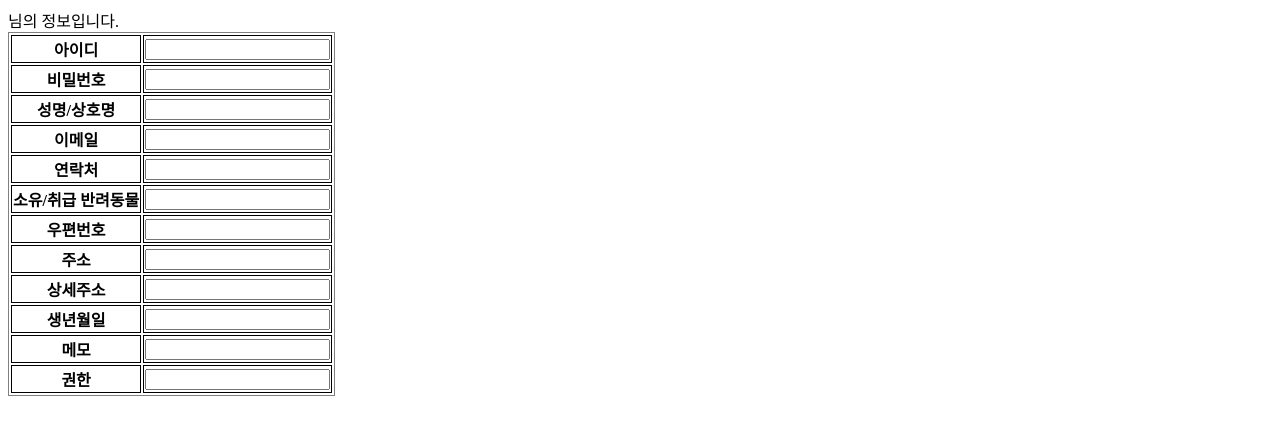
Repository: sondaeu/daeun
Page: http://localhost/Petopia/WEB-INF/views/admin/memberUpdate.jsp
The author's editor kept a copy of each file at every save. The page is drawn from the files as they stood at one save, then again after the next save.
The browser window is 1280 px wide. The pictures show the whole page.
The page is served by Tomcat 9. Nobody is signed in. Other server files are loaded and not shown. The template is opened directly, without the code that normally fills it, so the values that code supplies are empty.

Above is the page before, as saved 2021-02-22 17:20:21.

### WEB_CODES/Petopia/src/main/webapp/WEB-INF/views/admin/memberUpdate.jsp
<%@ page language="java" contentType="text/html; charset=UTF-8"
	pageEncoding="UTF-8"%>
<%@ taglib prefix="c" uri="http://java.sun.com/jsp/jstl/core"%>
<%@ taglib prefix="fmt" uri="http://java.sun.com/jsp/jstl/fmt"%>
<!DOCTYPE html>
<html>
<head>
<style type="text/css">
table, th, td {
  border-style : solid;
  border-width : 1px;
  text-align : center;
}

ul {
  list-style-type: none;
}

li {
  display: inline-block;
}
</style>
<script src="https://code.jquery.com/jquery-3.4.1.min.js"></script>
<meta charset="UTF-8">
<title>회원관리 수정</title>
</head>
<body>
	<div class="container">
		<strong>${memberVO.id }</strong>님의 정보입니다.<br>
		<table class="tbl_model" style="text-align: center;">
			<tbody>
				<tr>
					<th>아이디</th>
					<td><input type="text" id="id" name="id" value="${memberVO.id}" />
				</tr>
				<tr>
					<th>비밀번호</th>
					<td><input type="text" id="password" name="password" value="${memberVO.password}" />
				</tr>
				<tr>
					<th>성명/상호명</th>
					<td><input type="text" id="name" name="name" value="${memberVO.name}" />
				</tr>
				<tr>
					<th>이메일</th>
					<td><input type="text" id="email" name="email" value="${memberVO.email}" />
				</tr>
				<tr>
					<th>연락처</th>
					<td><input type="text" id="contact" name="contact" value="${memberVO.contact}" />
				</tr>
				<tr>
					<th>소유/취급 반려동물</th>
					<td><input type="text" id="animals" name="animals" value="${memberVO.animals}" />
				</tr>
				<tr>
					<th>우편번호</th>
					<td><input type="text" id="zipcode" name="zipcode" value="${memberVO.zipcode}" readonly />
				</tr>
				<tr>
					<th>주소</th>
					<td><input type="text" id="address" name="address" value="${memberVO.address}" readonly />
				</tr>
				<tr>
					<th>상세주소</th>
					<td><input type="text" id="detailaddress" name="detailaddress" value="${memberVO.detailaddress}" readonly />
				</tr>
				<tr>
					<th>생년월일</th>
					<td><input type="text" id="birthday" name="birthday" value="${memberVO.birthday}" />
				</tr>
				<tr>
					<th>메모</th>
					<td><input type="text" id="note" name="note" value="${memberVO.note}" />
				</tr>
				<tr>
					<th>권한</th>
					<td><input type="text" id="authority" name="authority" value="${memberVO.authority}" />
				</tr>
			</tbody>
		</table>
	</div>

	<script type="text/javascript">
		function display(a, b) {
			var con = document.getElementById(a)
			var con2 = document.getElementById(b)
			if (con.style.display == 'none') {
				con.style.display = 'block';
			} else {
				con.style.display = 'none';
			}

			if (con2.style.display == 'none') {
				con2.style.display = 'block';
			} else {
				con2.style.display = 'none';
			}
		}
	</script>
</body>
</html>

After the next save:
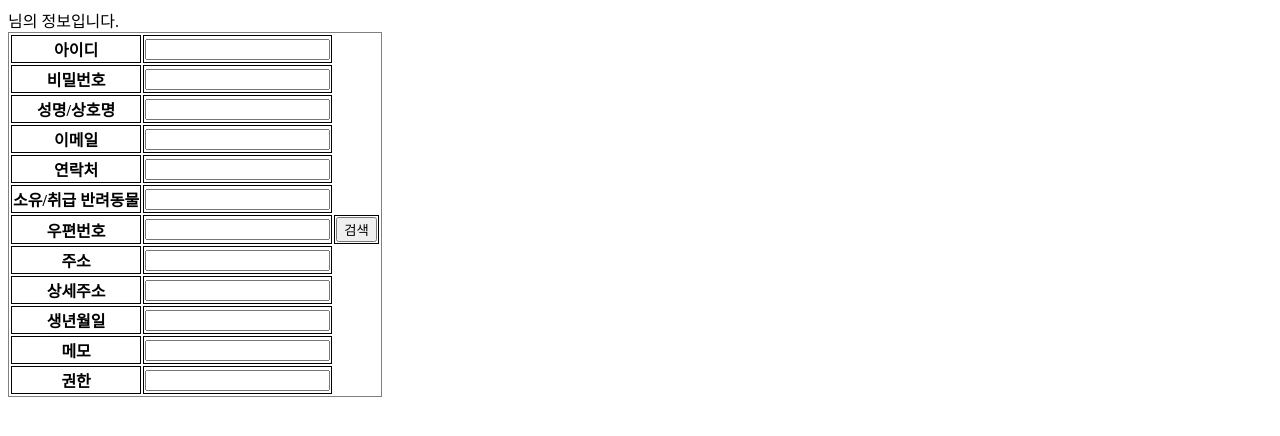
Saved 3 min 10 s later.
--- a/WEB_CODES/Petopia/src/main/webapp/WEB-INF/views/admin/memberUpdate.jsp
+++ b/WEB_CODES/Petopia/src/main/webapp/WEB-INF/views/admin/memberUpdate.jsp
@@ -56,6 +56,7 @@ li {
 				<tr>
 					<th>우편번호</th>
 					<td><input type="text" id="zipcode" name="zipcode" value="${memberVO.zipcode}" readonly />
+					<td><input type="button" id="btnFindAddress" value="검색"></td>
 				</tr>
 				<tr>
 					<th>주소</th>
@@ -82,21 +83,8 @@ li {
 	</div>
 
 	<script type="text/javascript">
-		function display(a, b) {
-			var con = document.getElementById(a)
-			var con2 = document.getElementById(b)
-			if (con.style.display == 'none') {
-				con.style.display = 'block';
-			} else {
-				con.style.display = 'none';
-			}
 
-			if (con2.style.display == 'none') {
-				con2.style.display = 'block';
-			} else {
-				con2.style.display = 'none';
-			}
-		}
+
 	</script>
 </body>
 </html>
